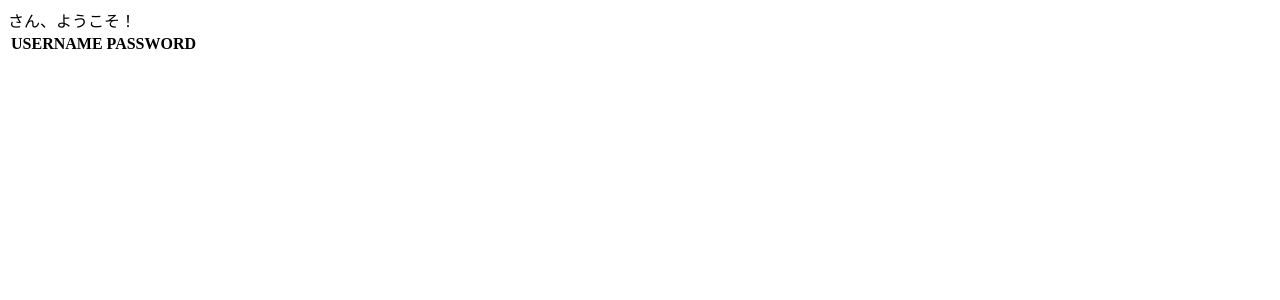
Repository: yuru1234/test
Page: http://localhost/WebProj5/login.jsp
An editor plug-in stored every save of this project. The page is shown before and after the next save, followed by the edit.
The browser window is 1280 px wide. The pictures show the whole page.
The page is served by Tomcat 9. Other server files are loaded and not shown.

Above is the page before, as saved 2018-12-31 13:36:22.

### WebProj5/WebContent/login.jsp
<%@ page language="java" contentType="text/html; charset=UTF-8"
    pageEncoding="UTF-8"%>
<%@ taglib prefix="s" uri="/struts-tags" %>
<!DOCTYPE html PUBLIC "-//W3C//DTD HTML 4.01 Transitional//EN" "http://www.w3.org/TR/html4/loose.dtd">
<html>
<head>
<meta http-equiv="Content-Type" content="text/html; charset=UTF-8">
<title>LOGIN</title>
</head>
<body>

<s:property value="#session.loginDTOList.get(0).username"/>さん、ようこそ！

<br>
<table>
	<tbody>
	<tr>
		<th>USERNAME</th>
		<th>PASSWORD</th>
	</tr>

	<tr>
<!-- iteratorタグでリスト要素に対して処理を行える -->
	<s:iterator value="#session.loginDTOList">
		<td><s:property value="username"/></td>
		<td><s:property value="password"/></td>
	</s:iterator>
	</tr>
	</tbody>
</table>

</body>
</html>

### WebProj5/WebContent/css/style.css
@CHARSET "UTF-8";

table {
	width: auto;
	border-spacing: 0;
	font-size: 14px;
}

table th {
	color: #fff;
	padding: 8px 15px;
	background: #258;
	background:-moz-linear-gradient(rgba(34,85,136,0.7), rgba(34,85,136,0.9) 50%);
	background:-webkit-gradient(linear,100% 0%, 100% 50%, from(rgba(34,85,136,0.7)), to(rgba(34,85,136,0.9)));
	font-weigh: bold;
	border-left: 1px solid #258;
	border-top: 1px solid #258;
	border-bottom: 1px solid #258;
	line-height: 120%;
	text-align: center;
	text-shadow: 0 -1px 0 rgba(34,85,136,0.9);
	box-shadow: 0px 1px 1px rgba(255,255,255,0.3) inset;
}

table th:first-child {
	border-radius: 5px 0 0 0;
}

table th: last-child {
	border-radius: 0 5px 0 0;
	border-right: 1px solid #258;
	box-shadow: 2px 2px 1px rgba(0,0,0,0.1),0px 1px 1px rgba(255,255,255,0.3) inset;
}

table tr td {
	padding: 8px 15px;
	border-bottom: 1px solid #84b2e0;
	border-left: 1px solid #84b2e0;
	text-align: center;
}

table tr td:last-child {
	border-right: 1px solid #84b2e0;
	box-shadow: 2px 2px 1px rgba(0,0,0,0.1);
}

table tr {
	background: #fff;
}

table tr:nth-child(2n+1) {
	background: #f1f6fc;
}

table tr:last-child td {
	box-shadow: 2px 2px 1px rgba(0,0,0,0.1);
}

table tr:last-child td:first-child {
	border-radius: 0 0 0 5px;
}

table tr:last-child td:last-child {
	border-radius: 0 0 5px 0;
}

table tr:hover {
	background: #bbd4ee;
	cursor: pointer;
}

After the next save:
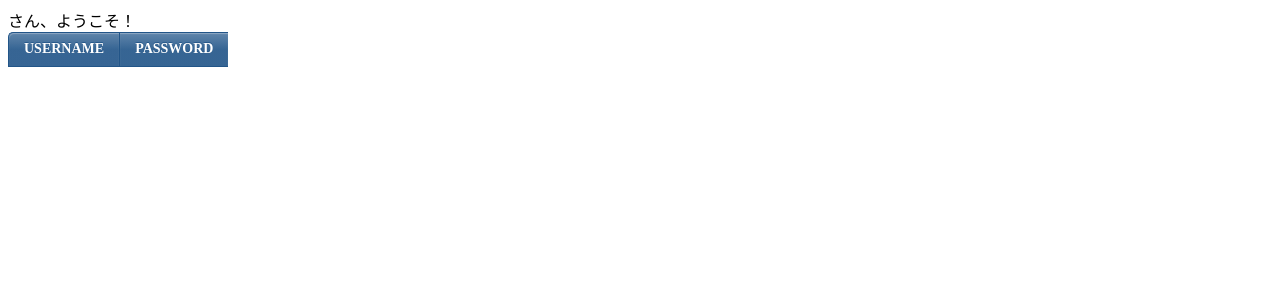
Saved 92 s later.
--- a/WebProj5/WebContent/login.jsp
+++ b/WebProj5/WebContent/login.jsp
@@ -5,6 +5,7 @@
 <html>
 <head>
 <meta http-equiv="Content-Type" content="text/html; charset=UTF-8">
+<link rel="stylesheet" type="text/css" href="./css/style.css">
 <title>LOGIN</title>
 </head>
 <body>
